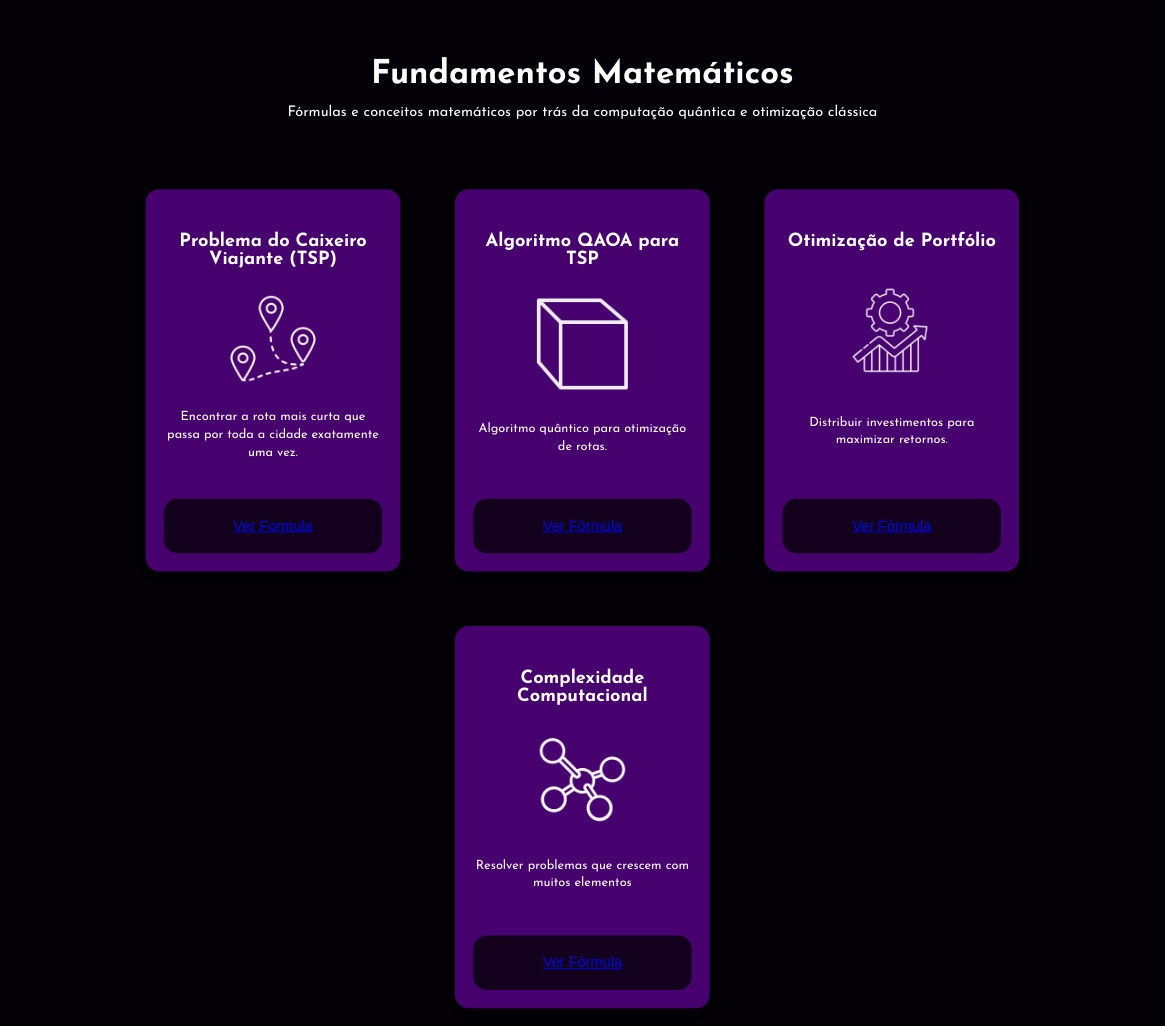
Repository: Everson9/Projeto-de-escalabilidade-quantica-definitivo
Page: fundamentos.html
These files come from the project's save history. The page is drawn as it stood at one moment and after the next save; the edit follows.
The browser window is 1280 px wide. The pictures show the whole page, at 91% of full size.

Above is the page before, as saved 2025-10-01 09:18:55.

After the next save:
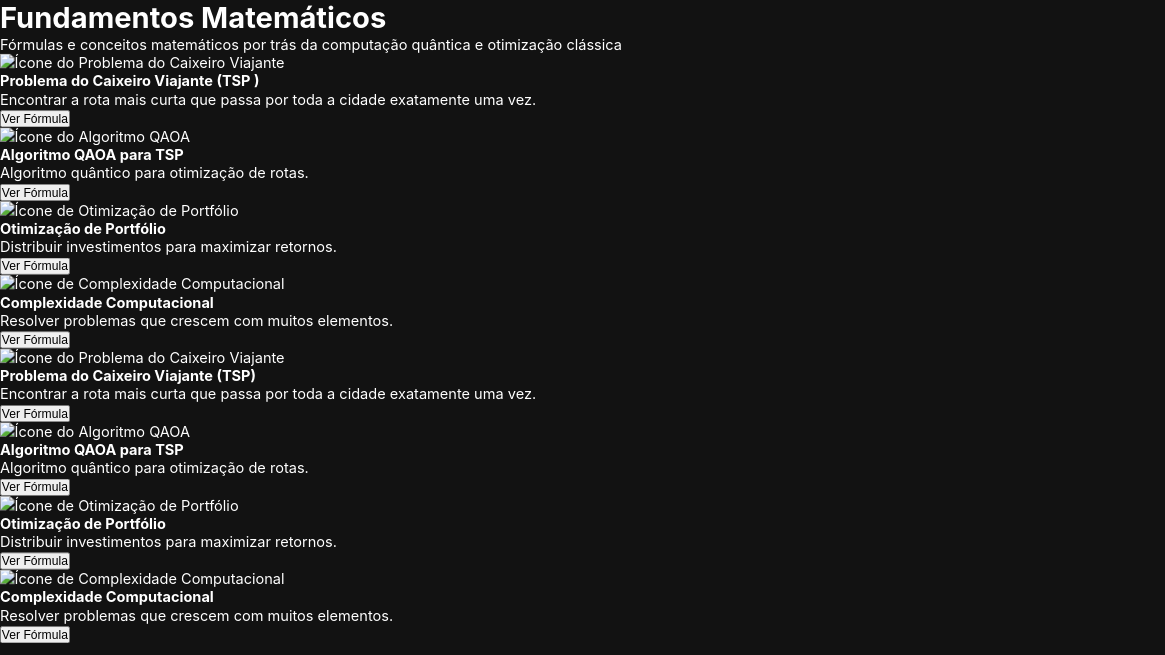
Not found: caminho/para/sua/imagem1.png
Not found: caminho/para/sua/imagem2.png
Not found: caminho/para/sua/imagem3.png
Saved 13 min 49 s later.
--- a/fundamentos.html
+++ b/fundamentos.html
@@ -3,45 +3,71 @@
 <head>
     <meta charset="UTF-8">
     <meta name="viewport" content="width=device-width, initial-scale=1.0">
-    <title>Fundamentos Matemáticos</title>
+    <title>Carrossel Infinito</title>
+    <link rel="stylesheet" href="style.css">
     <link href="https://fonts.googleapis.com/css2?family=Josefin+Sans:wght@400;700&display=swap" rel="stylesheet">
-    <link rel="stylesheet" href="fundamentos.css">
-
 </head>
 <body>
 
-    <div class="fundamentos-matemáticos">
+    <div class="fundamentos-matematicos">
         <h1>Fundamentos Matemáticos</h1>
         <p>Fórmulas e conceitos matemáticos por trás da computação quântica e otimização clássica</p>
     </div>
 
-    <div class="container">
-        <div class="formula_1">
-            <h4>Problema do Caixeiro Viajante (TSP)</h4>
-            <img src="imgs_icones/CaixeiroViajante.png" alt="Ícone Caixeiro Viajante">
-            <p>Encontrar a rota mais curta que passa por toda a cidade exatamente uma vez.</p>
-            <button class="button"><a href="CaixeiroViajante.html" target="_blank">Ver Formula</a></button>
-        </div>
+    <!-- Container do Carrossel -->
+    <div class="carousel-container">
+        <div class="carousel-track">
+            <!-- Cards Originais -->
+            <div class="formula_1">
+                <img src="caminho/para/sua/imagem1.png" alt="Ícone do Problema do Caixeiro Viajante">
+                <h4>Problema do Caixeiro Viajante (TSP )</h4>
+                <p>Encontrar a rota mais curta que passa por toda a cidade exatamente uma vez.</p>
+                <button class="button">Ver Fórmula</button>
+            </div>
+            <div class="formula_1">
+                <img src="caminho/para/sua/imagem2.png" alt="Ícone do Algoritmo QAOA">
+                <h4>Algoritmo QAOA para TSP</h4>
+                <p>Algoritmo quântico para otimização de rotas.</p>
+                <button class="button">Ver Fórmula</button>
+            </div>
+            <div class="formula_1">
+                <img src="caminho/para/sua/imagem3.png" alt="Ícone de Otimização de Portfólio">
+                <h4>Otimização de Portfólio</h4>
+                <p>Distribuir investimentos para maximizar retornos.</p>
+                <button class="button">Ver Fórmula</button>
+            </div>
+            <div class="formula_1">
+                <img src="caminho/para/sua/imagem4.png" alt="Ícone de Complexidade Computacional">
+                <h4>Complexidade Computacional</h4>
+                <p>Resolver problemas que crescem com muitos elementos.</p>
+                <button class="button">Ver Fórmula</button>
+            </div>
 
-        <div class="formula_1">
-            <h4>Algoritmo QAOA para TSP</h4>
-            <img src="imgs_icones/QAOA.png" alt="Ícone QAOA">
-            <p>Algoritmo quântico para otimização de rotas.</p>
-            <button class="button"><a href="AlgoritmoQAOA.html" target="_blank">Ver Fórmula</a></button>
-        </div>
-
-        <div class="formula_1">
-            <h4>Otimização de Portfólio</h4>
-            <img src="imgs_icones/OtimizacaoPortfolio.png" alt="Ícone Portfólio">
-            <p>Distribuir investimentos para maximizar retornos.</p>
-            <button class="button"><a href="Portifolio.html" target="_blank">Ver Fórmula</a></button>
-        </div>
-
-        <div class="formula_1">
-            <h4>Complexidade Computacional</h4>
-            <img src="imgs_icones/ComplexidadeComputacional.png" alt="Ícone Complexidade computacional">
-            <p>Resolver problemas que crescem com muitos elementos</p>
-            <button class="button"><a href="Complexidade.html" target="blank">Ver Fórmula</a></button>
+            <!-- Cards Duplicados para o Efeito Infinito -->
+            <div class="formula_1">
+                <img src="caminho/para/sua/imagem1.png" alt="Ícone do Problema do Caixeiro Viajante">
+                <h4>Problema do Caixeiro Viajante (TSP)</h4>
+                <p>Encontrar a rota mais curta que passa por toda a cidade exatamente uma vez.</p>
+                <button class="button">Ver Fórmula</button>
+            </div>
+            <div class="formula_1">
+                <img src="caminho/para/sua/imagem2.png" alt="Ícone do Algoritmo QAOA">
+                <h4>Algoritmo QAOA para TSP</h4>
+                <p>Algoritmo quântico para otimização de rotas.</p>
+                <button class="button">Ver Fórmula</button>
+            </div>
+            <div class="formula_1">
+                <img src="caminho/para/sua/imagem3.png" alt="Ícone de Otimização de Portfólio">
+                <h4>Otimização de Portfólio</h4>
+                <p>Distribuir investimentos para maximizar retornos.</p>
+                <button class="button">Ver Fórmula</button>
+            </div>
+            <div class="formula_1">
+                <img src="caminho/para/sua/imagem4.png" alt="Ícone de Complexidade Computacional">
+                <h4>Complexidade Computacional</h4>
+                <p>Resolver problemas que crescem com muitos elementos.</p>
+                <button class="button">Ver Fórmula</button>
+            </div>
         </div>
     </div>
 

After the save that followed:
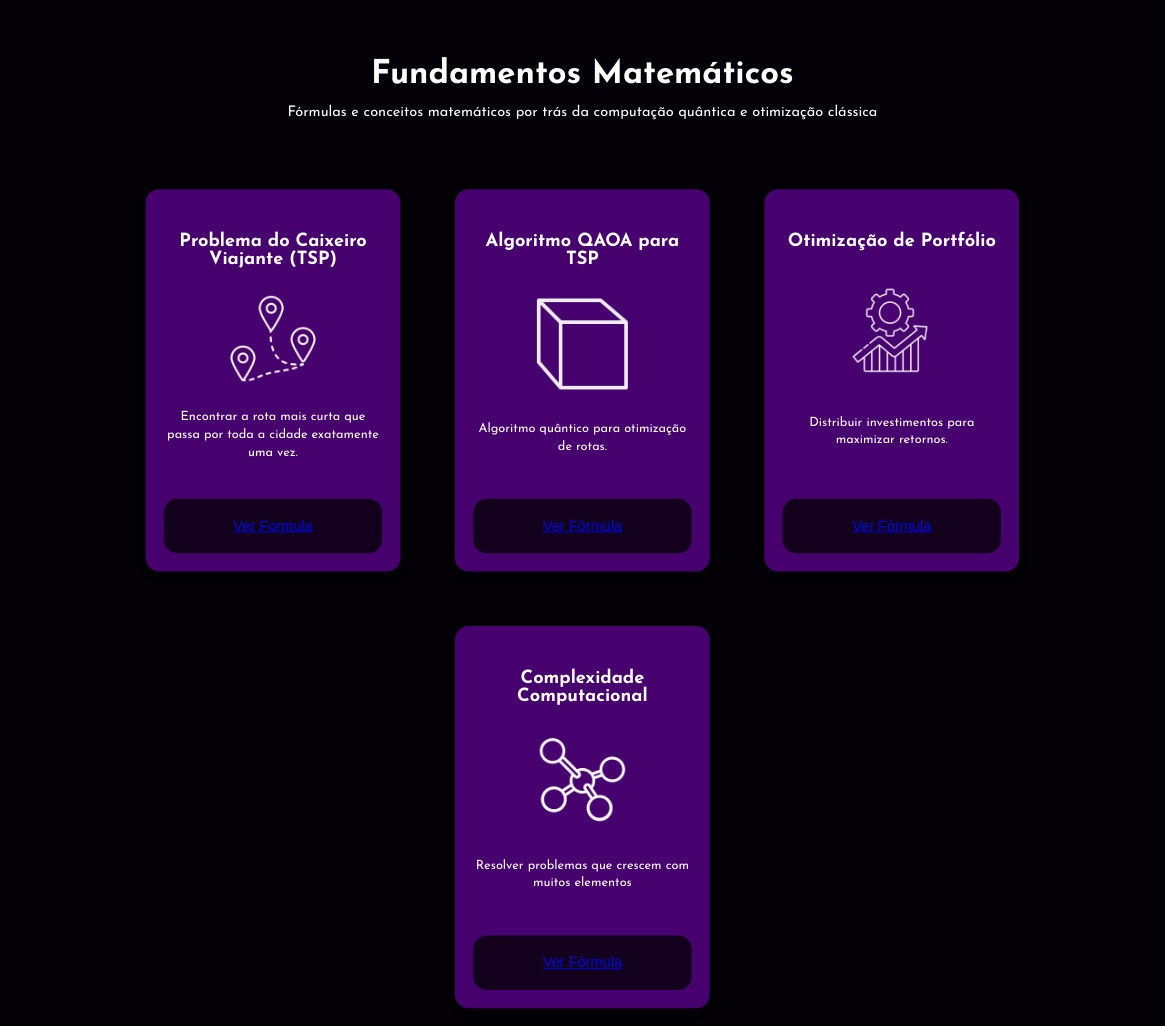
Saved 17 s later.
--- a/fundamentos.html
+++ b/fundamentos.html
@@ -3,71 +3,45 @@
 <head>
     <meta charset="UTF-8">
     <meta name="viewport" content="width=device-width, initial-scale=1.0">
-    <title>Carrossel Infinito</title>
-    <link rel="stylesheet" href="style.css">
+    <title>Fundamentos Matemáticos</title>
     <link href="https://fonts.googleapis.com/css2?family=Josefin+Sans:wght@400;700&display=swap" rel="stylesheet">
+    <link rel="stylesheet" href="fundamentos.css">
+
 </head>
 <body>
 
-    <div class="fundamentos-matematicos">
+    <div class="fundamentos-matemáticos">
         <h1>Fundamentos Matemáticos</h1>
         <p>Fórmulas e conceitos matemáticos por trás da computação quântica e otimização clássica</p>
     </div>
 
-    <!-- Container do Carrossel -->
-    <div class="carousel-container">
-        <div class="carousel-track">
-            <!-- Cards Originais -->
-            <div class="formula_1">
-                <img src="caminho/para/sua/imagem1.png" alt="Ícone do Problema do Caixeiro Viajante">
-                <h4>Problema do Caixeiro Viajante (TSP )</h4>
-                <p>Encontrar a rota mais curta que passa por toda a cidade exatamente uma vez.</p>
-                <button class="button">Ver Fórmula</button>
-            </div>
-            <div class="formula_1">
-                <img src="caminho/para/sua/imagem2.png" alt="Ícone do Algoritmo QAOA">
-                <h4>Algoritmo QAOA para TSP</h4>
-                <p>Algoritmo quântico para otimização de rotas.</p>
-                <button class="button">Ver Fórmula</button>
-            </div>
-            <div class="formula_1">
-                <img src="caminho/para/sua/imagem3.png" alt="Ícone de Otimização de Portfólio">
-                <h4>Otimização de Portfólio</h4>
-                <p>Distribuir investimentos para maximizar retornos.</p>
-                <button class="button">Ver Fórmula</button>
-            </div>
-            <div class="formula_1">
-                <img src="caminho/para/sua/imagem4.png" alt="Ícone de Complexidade Computacional">
-                <h4>Complexidade Computacional</h4>
-                <p>Resolver problemas que crescem com muitos elementos.</p>
-                <button class="button">Ver Fórmula</button>
-            </div>
+    <div class="container">
+        <div class="formula_1">
+            <h4>Problema do Caixeiro Viajante (TSP)</h4>
+            <img src="imgs_icones/CaixeiroViajante.png" alt="Ícone Caixeiro Viajante">
+            <p>Encontrar a rota mais curta que passa por toda a cidade exatamente uma vez.</p>
+            <button class="button"><a href="CaixeiroViajante.html" target="_blank">Ver Formula</a></button>
+        </div>
 
-            <!-- Cards Duplicados para o Efeito Infinito -->
-            <div class="formula_1">
-                <img src="caminho/para/sua/imagem1.png" alt="Ícone do Problema do Caixeiro Viajante">
-                <h4>Problema do Caixeiro Viajante (TSP)</h4>
-                <p>Encontrar a rota mais curta que passa por toda a cidade exatamente uma vez.</p>
-                <button class="button">Ver Fórmula</button>
-            </div>
-            <div class="formula_1">
-                <img src="caminho/para/sua/imagem2.png" alt="Ícone do Algoritmo QAOA">
-                <h4>Algoritmo QAOA para TSP</h4>
-                <p>Algoritmo quântico para otimização de rotas.</p>
-                <button class="button">Ver Fórmula</button>
-            </div>
-            <div class="formula_1">
-                <img src="caminho/para/sua/imagem3.png" alt="Ícone de Otimização de Portfólio">
-                <h4>Otimização de Portfólio</h4>
-                <p>Distribuir investimentos para maximizar retornos.</p>
-                <button class="button">Ver Fórmula</button>
-            </div>
-            <div class="formula_1">
-                <img src="caminho/para/sua/imagem4.png" alt="Ícone de Complexidade Computacional">
-                <h4>Complexidade Computacional</h4>
-                <p>Resolver problemas que crescem com muitos elementos.</p>
-                <button class="button">Ver Fórmula</button>
-            </div>
+        <div class="formula_1">
+            <h4>Algoritmo QAOA para TSP</h4>
+            <img src="imgs_icones/QAOA.png" alt="Ícone QAOA">
+            <p>Algoritmo quântico para otimização de rotas.</p>
+            <button class="button"><a href="AlgoritmoQAOA.html" target="_blank">Ver Fórmula</a></button>
+        </div>
+
+        <div class="formula_1">
+            <h4>Otimização de Portfólio</h4>
+            <img src="imgs_icones/OtimizacaoPortfolio.png" alt="Ícone Portfólio">
+            <p>Distribuir investimentos para maximizar retornos.</p>
+            <button class="button"><a href="Portifolio.html" target="_blank">Ver Fórmula</a></button>
+        </div>
+
+        <div class="formula_1">
+            <h4>Complexidade Computacional</h4>
+            <img src="imgs_icones/ComplexidadeComputacional.png" alt="Ícone Complexidade computacional">
+            <p>Resolver problemas que crescem com muitos elementos</p>
+            <button class="button"><a href="Complexidade.html" target="blank">Ver Fórmula</a></button>
         </div>
     </div>
 
